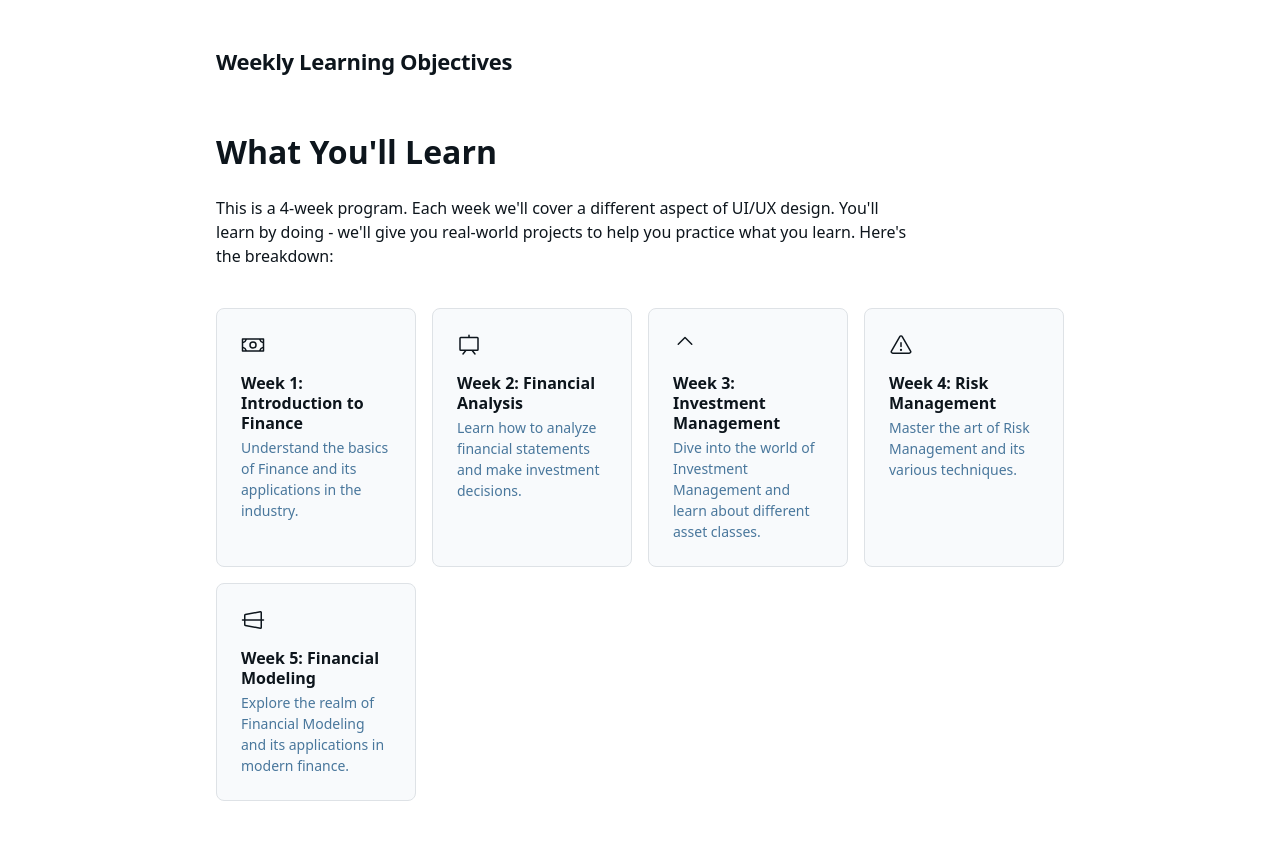
Repository: VickyJulme/fin-page-archesha
Page: /
An editor plug-in stored every save of this project. The page is shown before and after the next save, followed by the edit.
The browser window is 1280 px wide. The pictures show the part of the page from y = 692 to 1533 px (the page is 1533 px tall).
The project was rebuilt for these pictures with package versions that can differ from the ones it lists, and the page was loaded fresh each time. Also part of the build but not shown: vite.config.js, src/App.css, src/Component/HR/Hr.jsx, src/Component/DataScience/DataHome.jsx, src/Component/Marketing/Marketing.css, src/Component/Marketing/Marketing.jsx, src/Component/Design/Ui.css, src/Component/Design/Ui.jsx.

Above is the page before, as saved 2024-08-06 17:24:34.

After the next save:
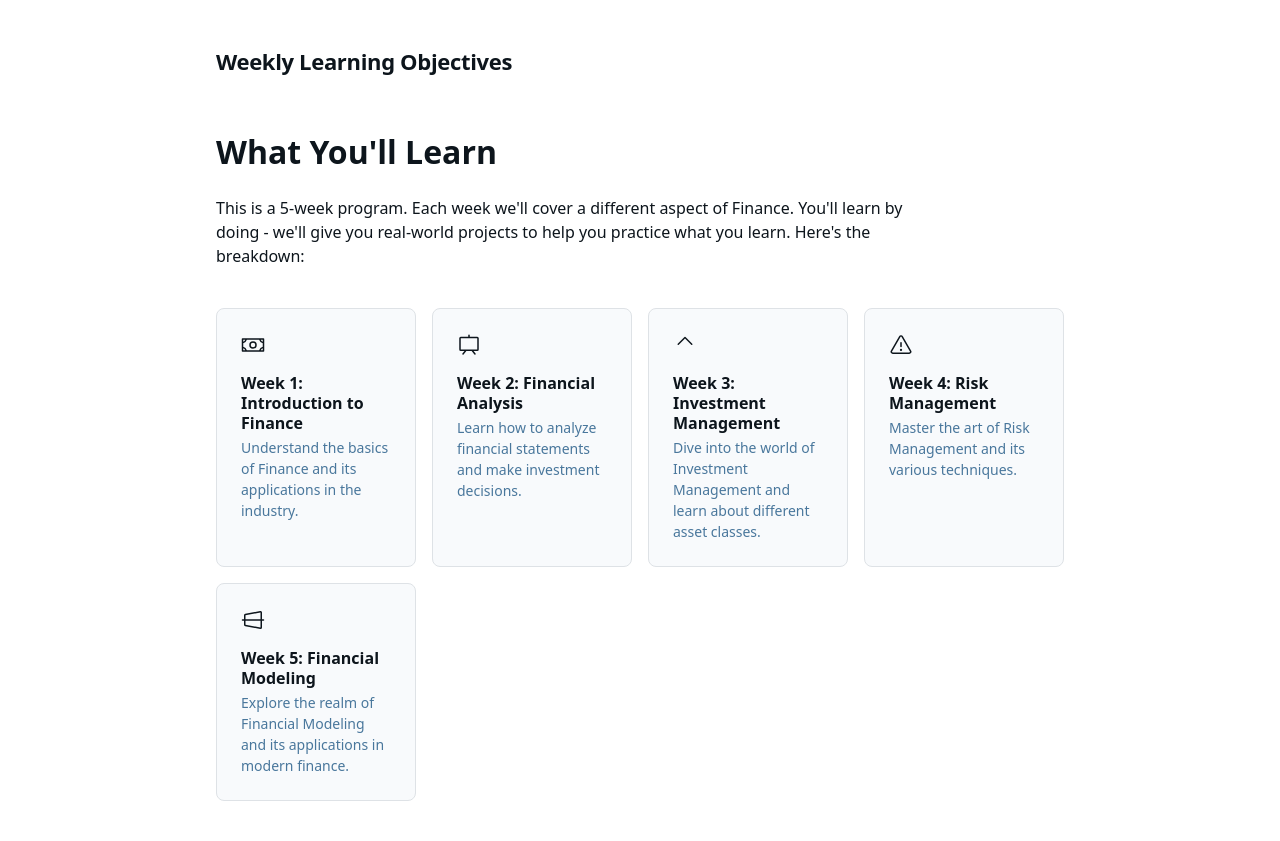
Saved 28 s later.
--- a/src/Component/Finance/Finance.jsx
+++ b/src/Component/Finance/Finance.jsx
@@ -88,8 +88,8 @@ function Finance() {
                 What You'll Learn
               </h1>
               <p className="text-[#0d151c] text-base font-normal leading-normal max-w-[720px]">
-              This is a 4-week program. Each week we'll cover a different aspect of UI/UX design. You'll <br/>learn by doing - we'll give you real-world projects to help you
-                  practice what you learn. Here's<br/> the breakdown:
+              This is a 5-week program. Each week we'll cover a different aspect of Finance. You'll learn by doing - we'll give you real-world projects to help you practice
+                  what you learn. Here's the breakdown:
               </p>
             </div>
             <div className="grid grid-cols-[repeat(auto-fit,minmax(158px,1fr))] gap-3 p-0">
